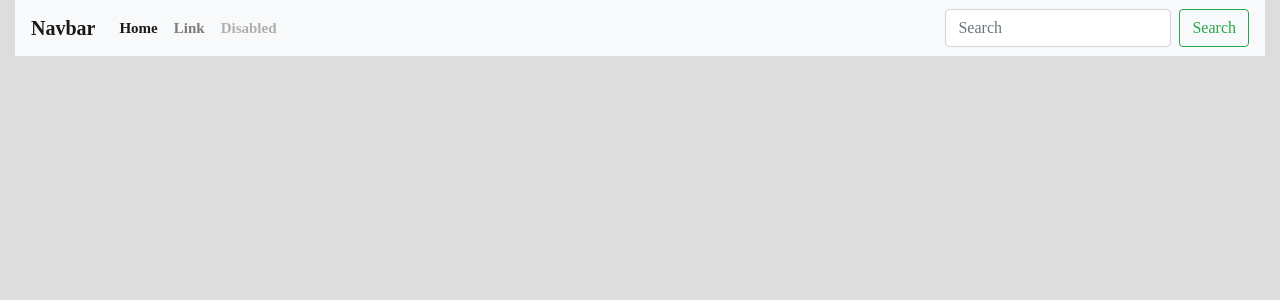
Repository: sqsssq/webpage
Page: index.html
An editor plug-in stored every save of this project. The page is shown before and after the next save, followed by the edit.
The browser window is 1280 px wide. The pictures show the whole page.

Above is the page before, as saved 2022-03-27 14:00:56.

After the next save:
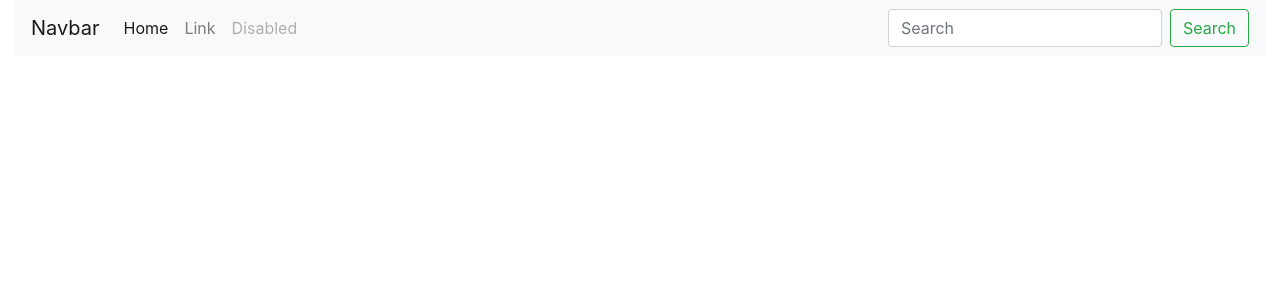
Saved 85 s later.
--- a/index.html
+++ b/index.html
@@ -1,6 +1,6 @@
 <!--
  * @Author: Qing Shi
- * @LastEditTime: 2022-03-27 14:00:56
+ * @LastEditTime: 2022-03-27 14:02:21
  * @Knowledge:
  * @Description: my homepage
  * @Attention:
@@ -15,10 +15,10 @@
     <title>Qing Shi</title>
 
     <link rel="shortcut icon" href="/icon/bitbug_favicon.ico" />
+    <link rel="stylesheet" href="/css/index.css">
     <!-- Bootstrap 的 CSS 文件 -->
     <link rel="stylesheet" href="https://cdn.jsdelivr.net/npm/bootstrap@4.6.1/dist/css/bootstrap.min.css"
         integrity="sha384-p1KAotb3W9ndluCsqePPYnjRm3c6abdnIjo0tQwYUv83VsbsYd43RuofnFAaDo0E" crossorigin="anonymous">
-    <link rel="stylesheet" href="/css/index.css">
 </head>
 
 <body>
